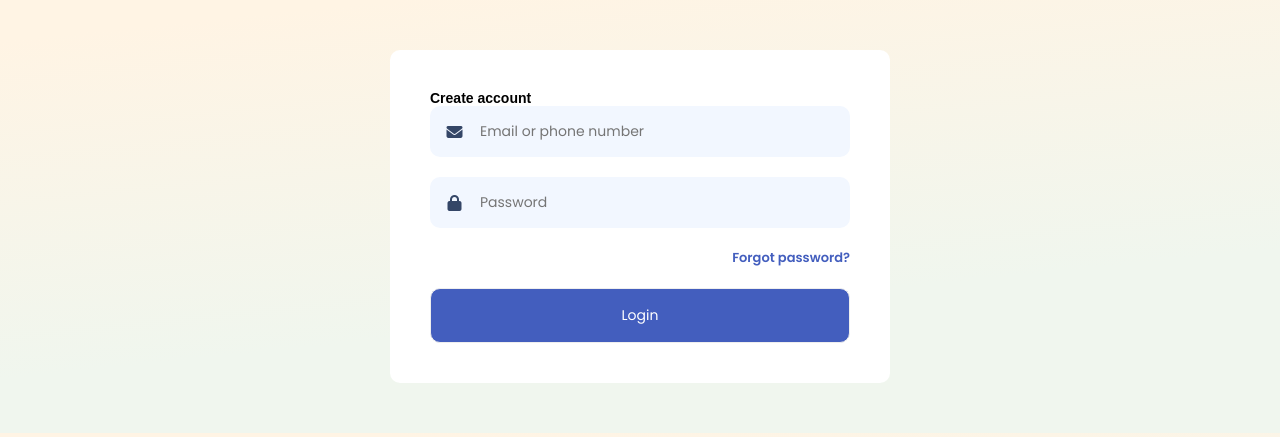
Repository: VuTuanAnh0949/loginForm
Page: index.html
The author's editor kept a copy of each file at every save. The page is drawn from the files as they stood at one save, then again after the next save.
The browser window is 1280 px wide. The pictures show the whole page.

Above is the page before, as saved 2022-04-15 21:09:03.

### index.html
<!DOCTYPE html>
<html lang="en">
<head>
  <meta charset="UTF-8">
  <meta http-equiv="X-UA-Compatible" content="IE=edge">
  <meta name="viewport" content="width=device-width, initial-scale=1.0">
  <link
  href="https://fonts.googleapis.com/css2?family=Poppins:wght@300;400;600&display=swap"
  rel="stylesheet"
/>
<link rel="stylesheet" href="style.css">
<link rel="stylesheet" href="/fontawesome-free-6.1.1-web/css/all.css">
  <title>Login</title>
</head>
<body>
  <div class="login">
    <div class="login__heading">
      Create account
    </div>
    <div class="login-field">
      <i class="fa-solid fa-envelope login-icon"></i>
      <input type="email" class="login-input" placeholder="Email or phone number">
    </div>
    <div class="login-field">
      <i class="fa-solid fa-lock login-icon"></i>
      <input type="password" class="login-input" placeholder="Password">
    </div>
    <a href="#" class="login__forgot--password">Forgot password?</a>
    <button class="login-submit">Login</button>
  </div>
</body>
</html>

### style.css
html{
  font-size: 62.5%;
  font-family: "Poppins", sans-serif;
}
*{
box-sizing: border-box;
}
body{
  background-image: linear-gradient( 174.2deg,  rgba(255,244,228,1) 7.1%, rgba(240,246,238,1) 67.4% );
}
.login{
width: 500px;
margin: 50px auto;
padding: 40px;
background-color: white;
border-radius: 10px;
}
.login__heading{
  font-size: 14px;
  font-family: Arial, Helvetica, sans-serif;
  font-weight: 700;
}
.login-field{
  display: flex;
  align-items: center;
  background-color: #f2f7ff;
  padding: 15px;
  margin-bottom: 20px;
  border-radius: 10px;
}
.login-icon{
  color: #344667;
  font-size: 16px;
  width: 20px;
  text-align: center;

}
.login-input{
  font-family: "Poppins", sans-serif;
  border: 0;
  padding: 0 0 0 16px;
  background-color: transparent;
  width: 100%;
  outline: none;
  font-size: 14px;
}
.login-submit{
  color: white;
  border-radius: 10px;
  display: block;
  width: 100%;
  border: 0;
  padding: 16px 10px;
   background-color: #435ebe;
   font-size: 14px;
   font-family: "Poppins", sans-serif;
   cursor: pointer;
   outline: none;
   border: 1px solid #eee;
}
.login__forgot--password{
  display: block;
  text-decoration: none;
  text-align: right;
  margin-bottom: 20px;
  font-size: 13px;
  font-weight: 600;
  color: #435ebe;
  }

Loaded but not shown: fontawesome-free-6.1.1-web/css/all.css (library)

After the next save:
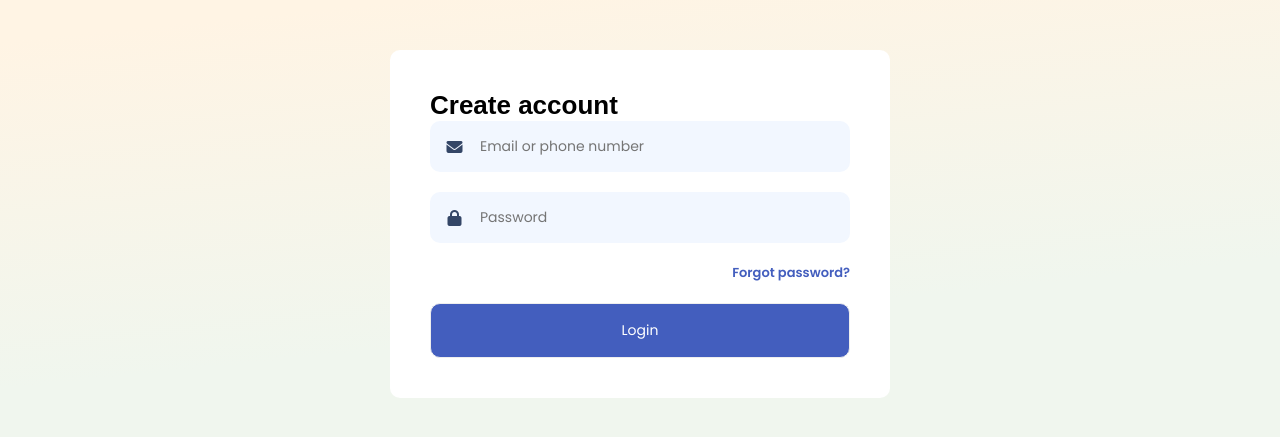
Saved 5 s later.
--- a/style.css
+++ b/style.css
@@ -16,7 +16,7 @@ background-color: white;
 border-radius: 10px;
 }
 .login__heading{
-  font-size: 14px;
+  font-size: 26px;
   font-family: Arial, Helvetica, sans-serif;
   font-weight: 700;
 }
